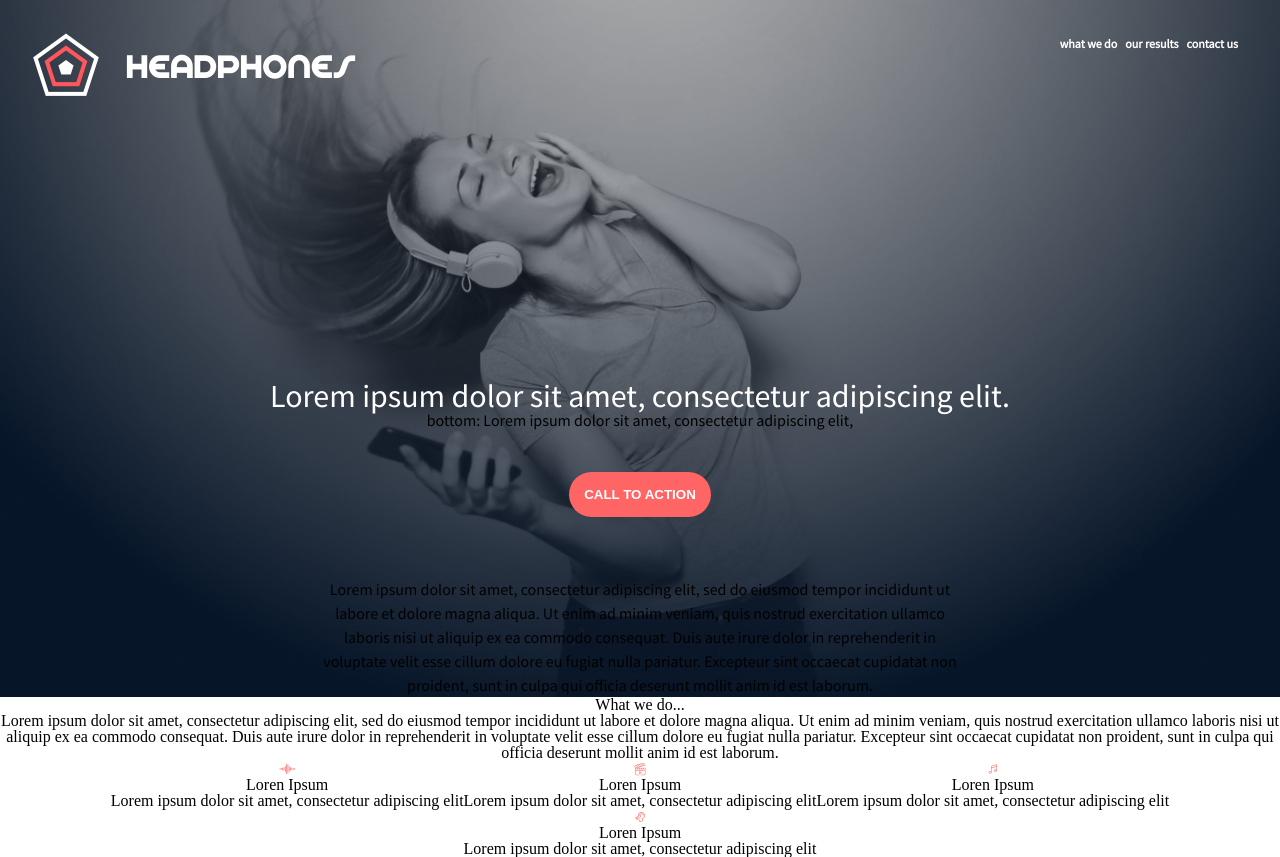
Repository: seleniadelgado/holbertonschool-web_front_end
Page: 0x09-implement_a_design_from_scratch/1-index.html
The author's editor kept a copy of each file at every save. The page is drawn from the files as they stood at one save, then again after the next save.
The browser window is 1280 px wide. The pictures show the whole page.

Above is the page before, as saved 2020-03-19 15:49:11.

After the next save:
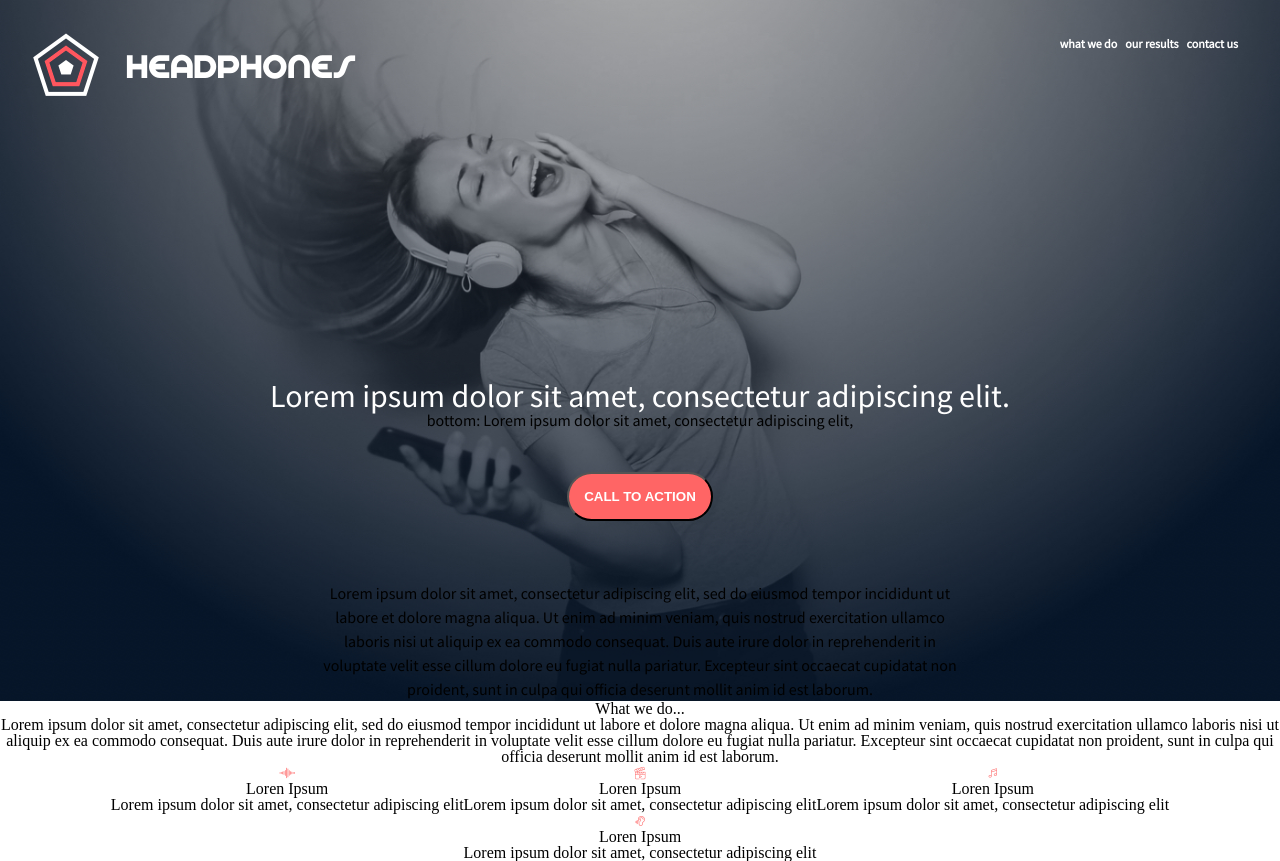
Saved 14 s later.
--- a/0x09-implement_a_design_from_scratch/1-styles.css
+++ b/0x09-implement_a_design_from_scratch/1-styles.css
@@ -96,7 +96,7 @@
     margin-bottom: 60px;
     border-radius: 4em;
     background-color: #FF6565;
-    box-shadow: black;
+    box-shadow: var(--color-body-black)
     border-style: none;
     color: var(--color-body-white);
     font-weight: bolder;

After the save that followed:
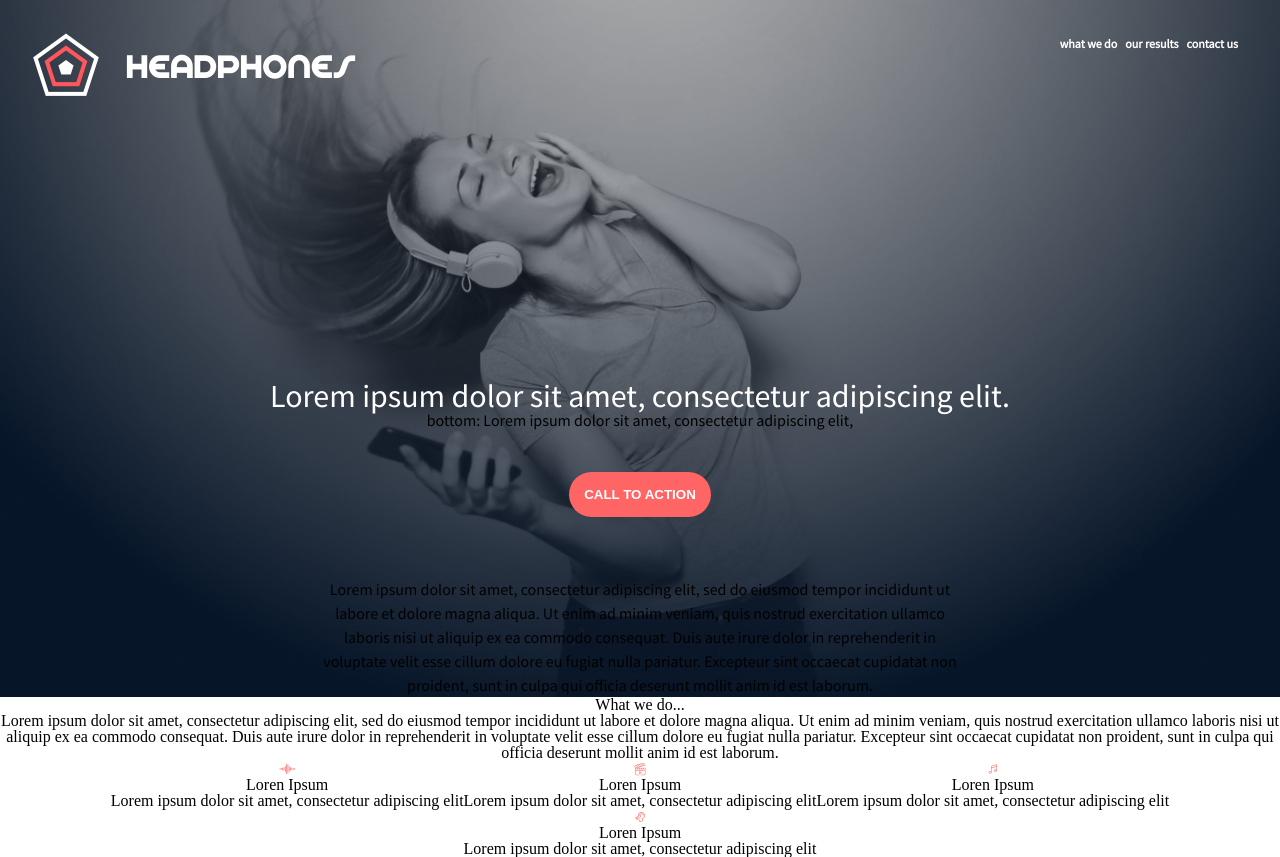
Saved 7 s later.
--- a/0x09-implement_a_design_from_scratch/1-styles.css
+++ b/0x09-implement_a_design_from_scratch/1-styles.css
@@ -96,7 +96,7 @@
     margin-bottom: 60px;
     border-radius: 4em;
     background-color: #FF6565;
-    box-shadow: var(--color-body-black)
+    box-shadow: var(--color-body-black);
     border-style: none;
     color: var(--color-body-white);
     font-weight: bolder;
